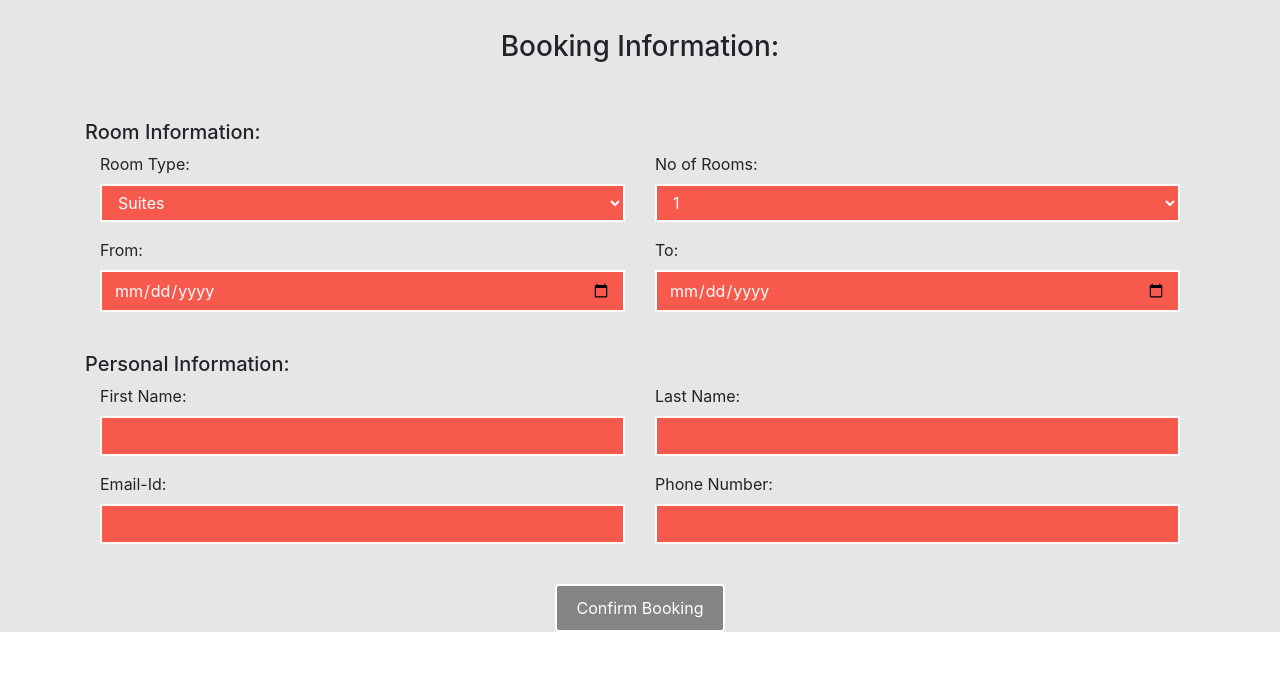
Repository: kapsky5/HotelManagement
Page: booking.html
The author's editor kept a copy of each file at every save. The page is drawn from the files as they stood at one save, then again after the next save.
The browser window is 1280 px wide. The pictures show the whole page.

Above is the page before, as saved 2019-11-07 03:53:24.

After the next save:
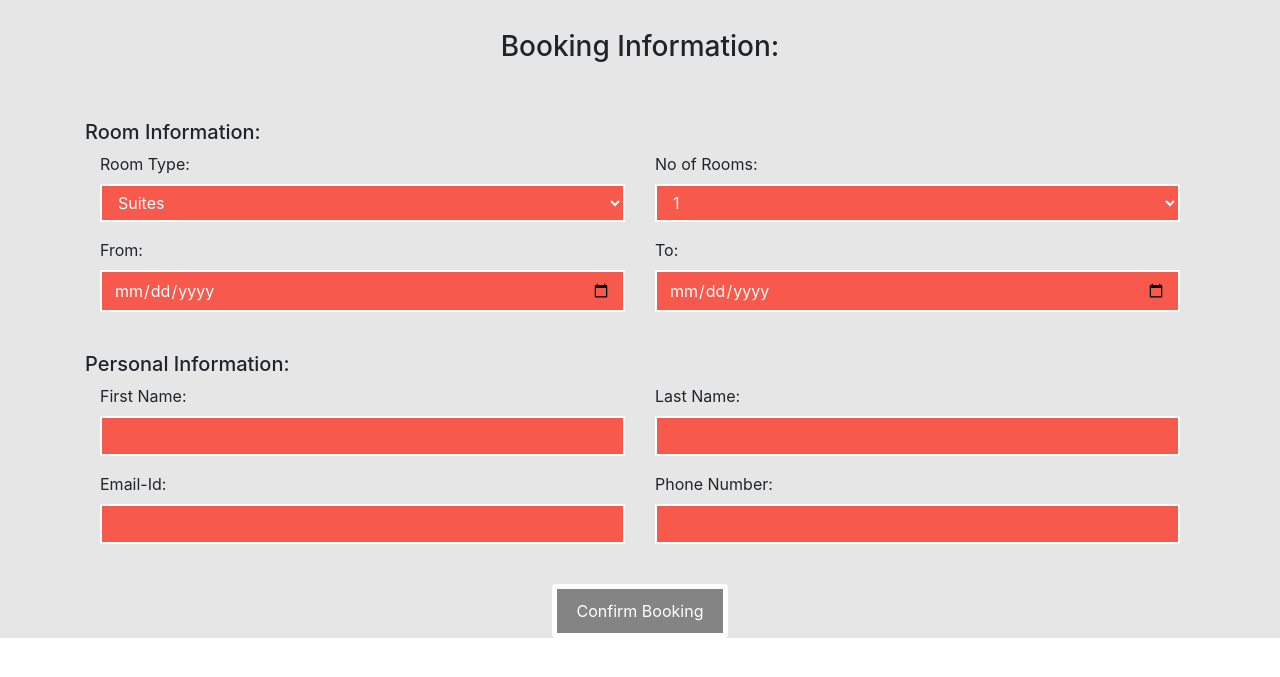
Saved 9 s later.
--- a/booking.html
+++ b/booking.html
@@ -86,7 +86,7 @@
                 </div>
                 <br>
                 <div class="text-center">
-                    <button class="btn btn-primary" type="submit" style="background-color: #848484; padding: 10px 20px; border: 2px white solid">Confirm Booking</button>
+                    <button class="btn btn-primary" type="submit" style="background-color: #848484; padding: 10px 20px; border: 5px white solid;">Confirm Booking</button>
                 </div>
             </form>
         </div>
